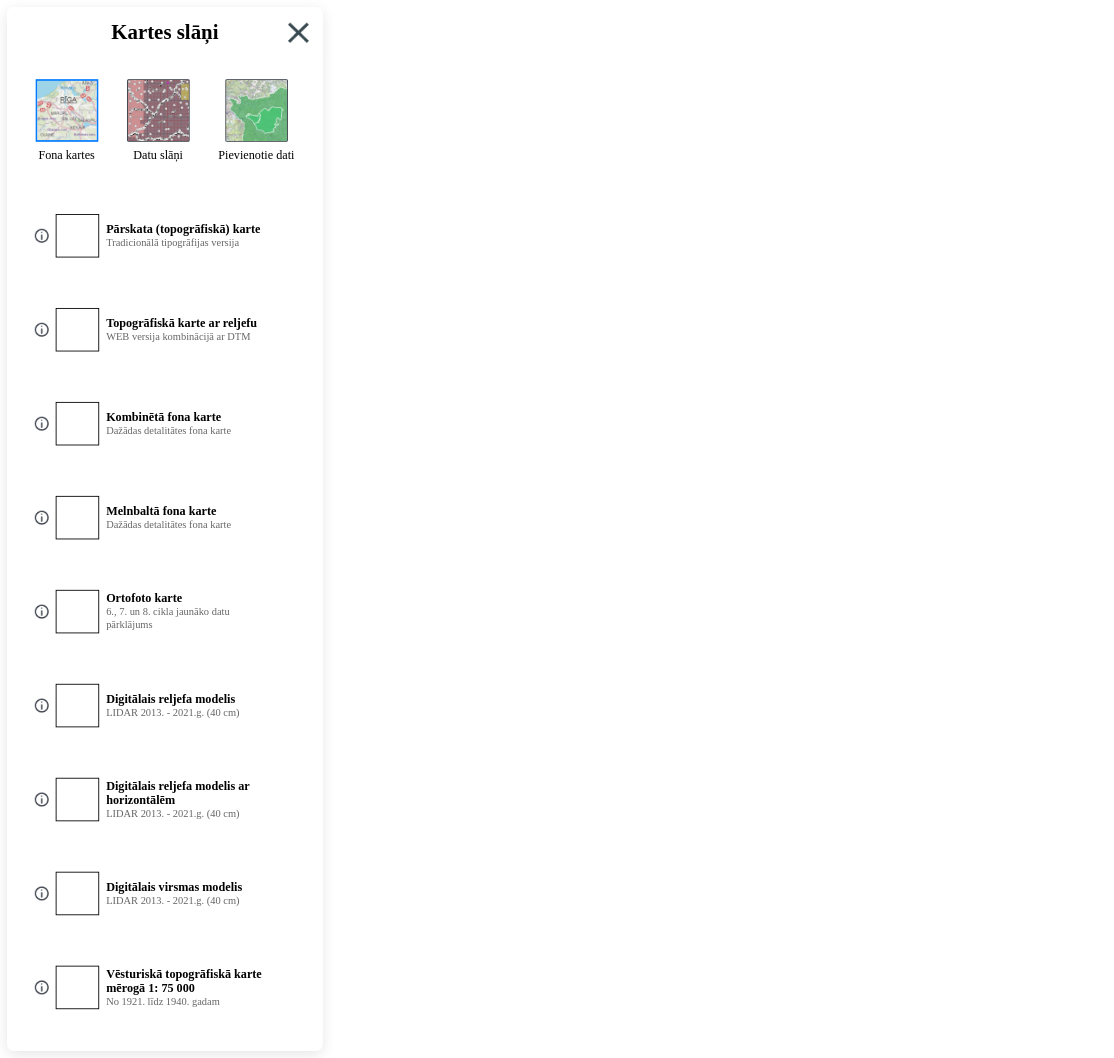
Repository: Kringelis/KP_kar-usl-i
Page: /
The author's editor kept a copy of each file at every save. The page is drawn from the files as they stood at one save, then again after the next save.
The browser window is 1280 px wide. The pictures show the whole page, at 87% of full size.
The project was rebuilt for these pictures with package versions that can differ from the ones it lists, and the page was loaded fresh each time. Also part of the build but not shown: src/components/DatuSlani.scss, src/components/DatuSlani.jsx, src/components/PievienotieDati.scss, src/components/PievienotieDati.jsx, src/App.scss.

Above is the page before, as saved 2024-06-03 08:54:53.

### public/index.html
<!DOCTYPE html>
<html lang="en">
  <head>
    <link
      href="https://fonts.googleapis.com/css2?family=Roboto:wght@400;700&display=swap"
      rel="stylesheet"
    />

    <meta charset="UTF-8" />
    <meta name="viewport" content="width=device-width, initial-scale=1.0" />
    <title>React App</title>
  </head>
  <body>
    <noscript>You need to enable JavaScript to run this app.</noscript>
    <div id="root"></div>
  </body>
</html>

### src/App.js
import React from "react";
import Sidebar from "./components/Sidebar";
import "./App.scss";

function App() {
  return (
    <div className="App">
      <header className="App-header">
        <Sidebar />
      </header>
    </div>
  );
}

export default App;

### src/components/Sidebar.jsx
import React, { useState } from "react";
import FonaKartes from "./FonaKartes";
import DatuSlani from "./DatuSlani";
import PievienotieDati from "./PievienotieDati";
import "./Sidebar.scss";
import pirmais from "./pirmais.png";
import otrais from "./otrais.png";
import tresais from "./tresais.png";
import close from "./close.png";

const Sidebar = () => {
  const [activeSection, setActiveSection] = useState("FonaKartes");

  return (
    <div className="sidebar">
      <div className="sidebar-header">
        <div className="sidebar-title">Kartes slāņi</div>
        <img src={close} alt="Close" className="close-icon" />
      </div>
      <div className="sidebar-tabs">
        <div
          className={`tab ${activeSection === "FonaKartes" ? "active" : ""}`}
          onClick={() => setActiveSection("FonaKartes")}
        >
          <img src={pirmais} alt="Fona kartes" className="tab-square" />
          <div className="tab-text">Fona kartes</div>
        </div>
        <div
          className={`tab ${activeSection === "DatuSlani" ? "active" : ""}`}
          onClick={() => setActiveSection("DatuSlani")}
        >
          <img src={otrais} alt="Datu slāņi" className="tab-square" />
          <div className="tab-text">Datu slāņi</div>
        </div>
        <div
          className={`tab ${
            activeSection === "PievienotieDati" ? "active" : ""
          }`}
          onClick={() => setActiveSection("PievienotieDati")}
        >
          <img src={tresais} alt="Pievienotie dati" className="tab-square" />
          <div className="tab-text">Pievienotie dati</div>
        </div>
      </div>
      <div className="sidebar-content">
        {activeSection === "FonaKartes" && <FonaKartes />}
        {activeSection === "DatuSlani" && <DatuSlani />}
        {activeSection === "PievienotieDati" && <PievienotieDati />}
      </div>
    </div>
  );
};

export default Sidebar;

### src/components/FonaKartes.jsx
import React, { useState } from "react";
import "./FonaKartes.scss";
import copy from "./copyright.png"; // Import the PNG image

const FonaKartes = () => {
  const [activeItem, setActiveItem] = useState(null);

  const items = [
    {
      id: 1,
      title: "Pārskata (topogrāfiskā) karte",
      subtitle: "Tradicionālā tipogrāfijas versija",
    },
    {
      id: 2,
      title: "Topogrāfiskā karte ar reljefu",
      subtitle: "WEB versija kombinācijā ar DTM",
    },
    {
      id: 3,
      title: "Kombinētā fona karte",
      subtitle: "Dažādas detalitātes fona karte",
    },
    {
      id: 4,
      title: "Melnbaltā fona karte",
      subtitle: "Dažādas detalitātes fona karte",
    },
    {
      id: 5,
      title: "Ortofoto karte",
      subtitle: "6., 7. un 8. cikla jaunāko datu pārklājums",
    },
    {
      id: 6,
      title: "Digitālais reljefa modelis",
      subtitle: "LIDAR 2013. - 2021.g. (40 cm)",
    },
    {
      id: 7,
      title: "Digitālais reljefa modelis ar horizontālēm",
      subtitle: "LIDAR 2013. - 2021.g. (40 cm)",
    },
    {
      id: 8,
      title: "Digitālais virsmas modelis",
      subtitle: "LIDAR 2013. - 2021.g. (40 cm)",
    },
    {
      id: 9,
      title: "Vēsturiskā topogrāfiskā karte mērogā 1: 75 000",
      subtitle: "No 1921. līdz 1940. gadam",
    },
  ];

  const handleItemClick = (id) => {
    setActiveItem(id);
  };

  return (
    <div className="fona-kartes">
      {items.map((item) => (
        <div
          key={item.id}
          className={`fona-kartes-item ${
            activeItem === item.id ? "active" : ""
          }`}
          onClick={() => handleItemClick(item.id)}
        >
          <img src={copy} alt="info" className="info-icon" />
          <div className="item-square"></div>
          <div>
            <div className="item-title">{item.title}</div>
            <div className="item-subtitle">{item.subtitle}</div>
          </div>
          {activeItem === item.id && (
            <input type="range" className="item-slider" />
          )}
        </div>
      ))}
    </div>
  );
};

export default FonaKartes;

### src/components/Sidebar.scss
.sidebar {
  width: 363px;
  height: 1200px;
  background-color: #ffffff;
  box-shadow: 0px 4px 16px rgba(0, 0, 0, 0.1);
  border-radius: 8px;
  overflow: hidden;

  .sidebar-header {
    display: flex;
    justify-content: center;
    align-items: center;
    padding: 16px;
    background-color: #ffffff;
    position: relative;

    .sidebar-title {
      font-size: 24px;
      font-weight: bold;
      color: #000000;
    }

    .close-icon {
      width: 24px;
      height: 24px;
      cursor: pointer;
      position: absolute;
      right: 16px;
    }
  }

  .sidebar-tabs {
    display: flex;
    justify-content: space-around;
    padding: 16px;

    .tab {
      display: flex;
      flex-direction: column;
      align-items: center;
      font-size: 14px;
      color: #000000;
      cursor: pointer;
      padding: 8px 0;
      border-radius: 4px;
      transition: background-color 0.3s ease, color 0.3s ease;

      &.active {
        .tab-square {
          border: 2px solid #007bff;
          box-sizing: border-box;
        }
      }

      &:hover {
        background-color: #f8f9fa;
      }

      .tab-square {
        width: 72px;
        height: 72px;
        margin-bottom: 8px;
        display: flex;
        justify-content: center;
        align-items: center;
        box-sizing: border-box;
      }

      .tab-image {
        width: 100%;
        height: 100%;
        object-fit: cover;
      }

      .tab-text {
        text-align: center;
      }
    }
  }

  .sidebar-content {
    padding: 16px;
  }
}

### src/components/FonaKartes.scss
.fona-kartes {
  display: flex;
  flex-direction: column;
  gap: 20px;

  .fona-kartes-item {
    width: 264px;
    height: 72px;
    padding: 8px 16px;
    background-color: #ffffff;
    display: flex;
    align-items: center;
    font-size: 14px;
    color: #000000;
    opacity: 1;
    transition: background-color 0.3s ease, color 0.3s ease;
    position: relative;
    cursor: pointer;

    &:hover {
      background-color: #e0e0e0;
    }

    &.active {
      .item-title {
        color: #007bff;
      }
    }

    .info-icon {
      width: 16px;
      height: 16px;
      margin-right: 8px;
    }

    .item-square {
      width: 48px;
      height: 48px;
      border: 1px solid #000;
      display: flex;
      align-items: center;
      justify-content: center;
      margin-right: 8px;
      flex-shrink: 0;
    }

    .item-title {
      font-weight: bold;
    }

    .item-subtitle {
      font-size: 12px;
      color: #666;
    }
  }
}

Loaded but not shown: src/index.js (common file); src/reportWebVitals.js (common file); src/index.css (no stored copy; drawn as an empty file)

After the next save:
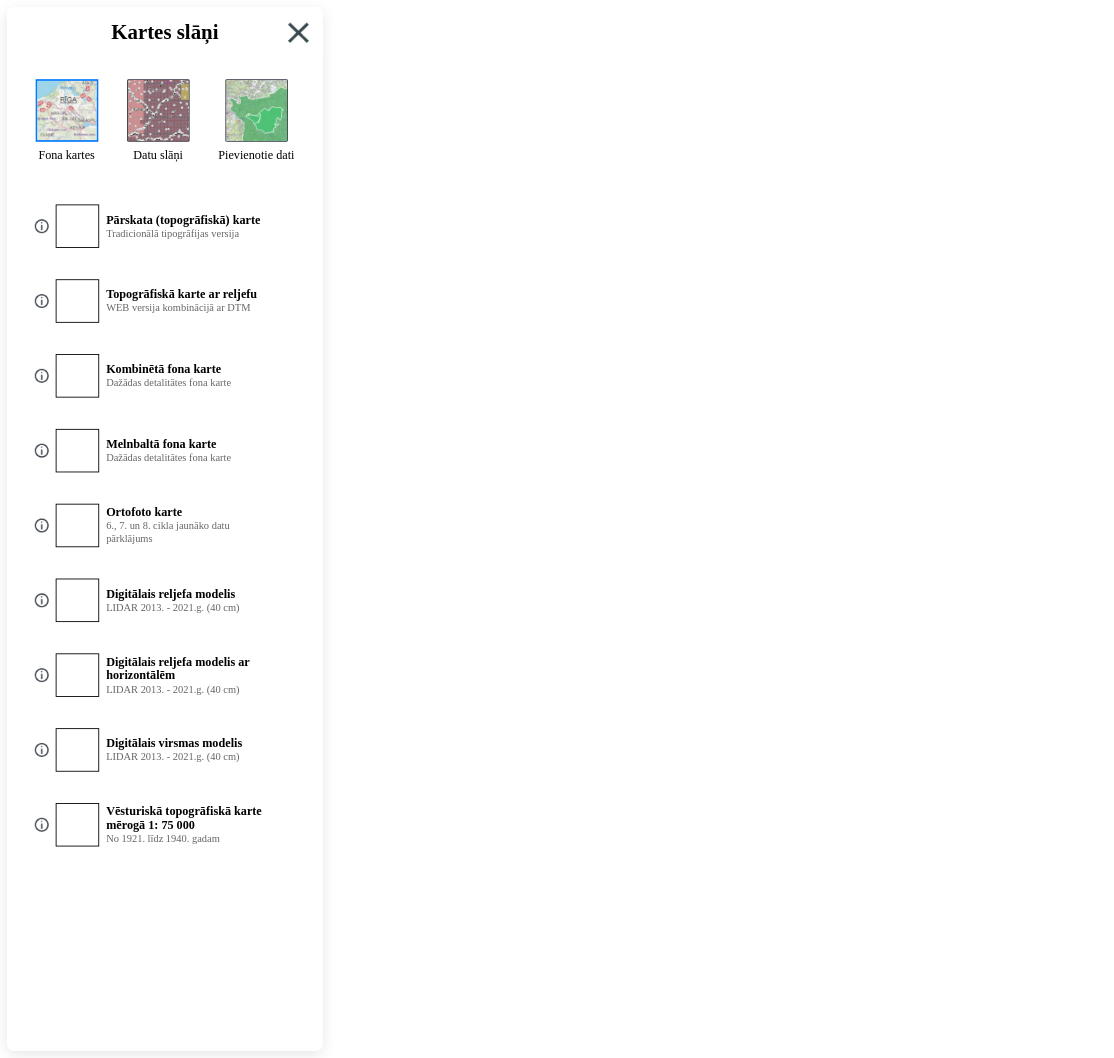
Saved 1 s later.
--- a/src/components/FonaKartes.scss
+++ b/src/components/FonaKartes.scss
@@ -5,7 +5,6 @@
 
   .fona-kartes-item {
     width: 264px;
-    height: 72px;
     padding: 8px 16px;
     background-color: #ffffff;
     display: flex;
@@ -24,6 +23,10 @@
     &.active {
       .item-title {
         color: #007bff;
+      }
+
+      .item-slider {
+        display: block;
       }
     }
 
@@ -52,5 +55,11 @@
       font-size: 12px;
       color: #666;
     }
+
+    .item-slider {
+      display: none;
+      width: 100px;
+      margin-left: auto;
+    }
   }
 }
